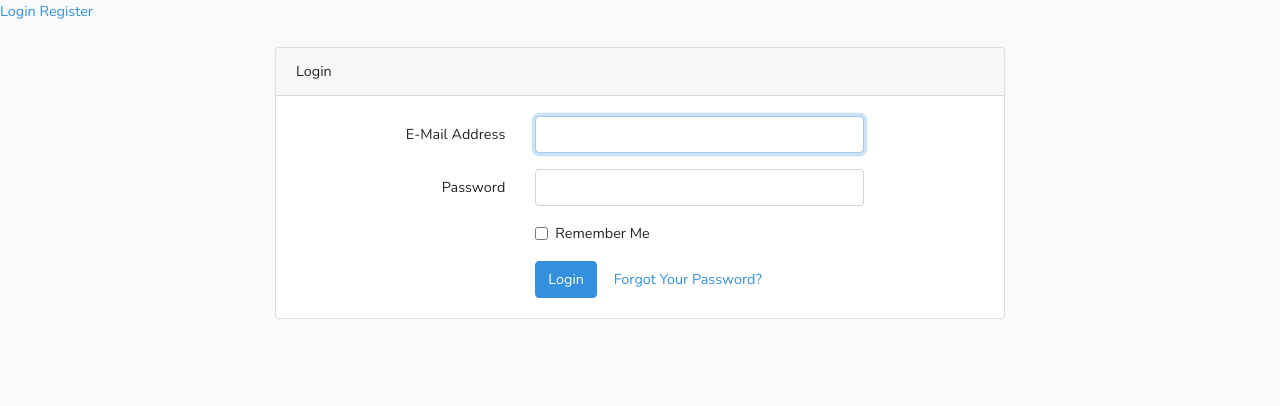
Repository: PatryxB/buildHouse
Page: http://localhost/login
These files come from the project's save history. The page is drawn as it stood at one moment and after the next save; the edit follows.
The browser window is 1280 px wide. The pictures show the whole page.
The page is served by the project's Laravel application, run on PHP 8.4 with Laravel 8. Style sheets and scripts are compiled from the project's sources, by tool versions that may differ from the author's.

Above is the page before, as saved 2020-04-30 19:58:02.

After the next save:
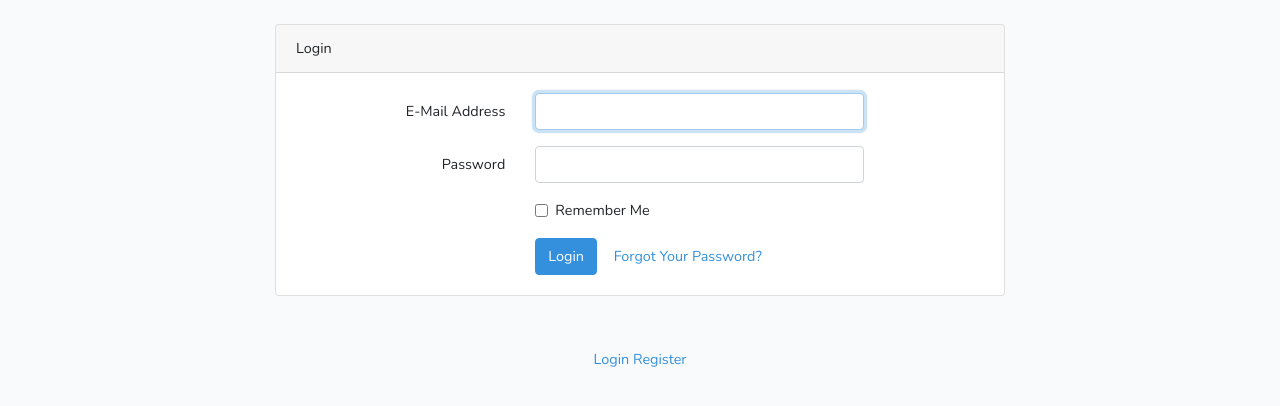
Saved 39 s later.
--- a/resources/sass/app.scss
+++ b/resources/sass/app.scss
@@ -13,3 +13,9 @@
     background-repeat: no-repeat;
     position: relative;
 }
+nav{
+    position: absolute;
+    top: 50%;
+    left: 50%;
+    transform: translate(-50%, -50%);
+}
